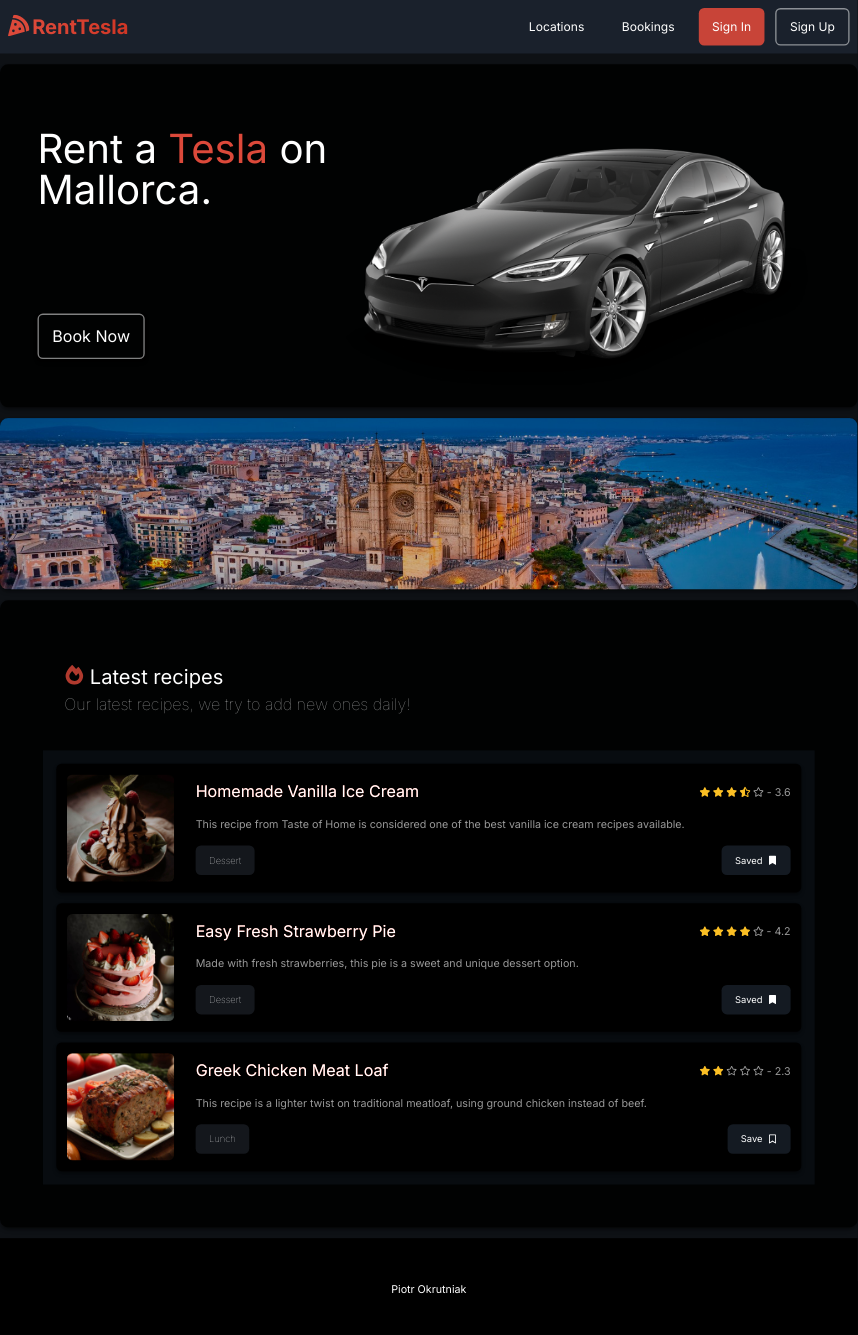
Repository: piotrokrutniak/RentallApp.UI
Page: /
The author's editor kept a copy of each file at every save. The page is drawn from the files as they stood at one save, then again after the next save.
The browser window is 1280 px wide. The pictures show the whole page, at 67% of full size.
The project was rebuilt for these pictures with package versions that can differ from the ones it lists, and the page was loaded fresh each time. The framework's server and built-in components were replaced by stand-ins that run in the browser. Also part of the build but not shown: next.config.js.

Above is the page before, as saved 2023-10-05 21:10:36.

### src/app/layout.tsx
import './globals.css'
import type { Metadata } from 'next'
import { Inter } from 'next/font/google'
import NavBar from './components/navbar/navbar'
import Footbar from './components/footbar/footbar'

const inter = Inter({ subsets: ['latin'] })

export const metadata: Metadata = {
  title: 'Recipefy',
  description: 'Website with the tastiest recipes!',
}

export default function RootLayout({
  children,
}: {
  children: React.ReactNode
}) {
  return (
    <html lang="en">
      <body className={`${inter.className} bg-black`}>
        <div className="bg-slate-600/20 min-h-screen pb-4">
        <NavBar/>
        {children}
        </div>
        <Footbar/>
      </body>
    </html>
  )
}

### src/app/page.tsx
import Image, { StaticImageData } from 'next/image'
import { FaMugHot, FaCookieBite, FaHamburger, FaFireAlt, FaBookmark, FaRegBookmark } from 'react-icons/fa'
import CookingSvg from './components/svgComponents/CookingSvg'
import Rating from './components/generic/rating'
import Button from './components/generic/button'
import tesla from '../../public/media/tesla-mirrored.png'
import lunch from '../../public/media/mallorca-view.jpg'
import dessert from '../../public/media/dessert.jpg'
import strawberryCake from '../../public/media/recipes/strawberryCake.jpg'
import greekMeatLoaf from '../../public/media/recipes/greekMeatLoaf.jpg'
import vanillaIceCream from '../../public/media/recipes/vanillaIceCream.jpg'
import { useState } from 'react'
import { RecipeListing } from './components/generic/recipeListing'
import { Input } from 'postcss'
import SearchBar from './components/generic/searchBar'

export default function Home() {
  return (
    <main className="flex flex-col m-auto gap-4">
      <section id="header-section" className='max-w-7xl bg-black/90 m-auto w-full px-14 py-8 rounded-xl mt-4 shadow-md shadow-black/40'>
        <div className="sm:p-8 pb-14 flex justify-between">

        </div>
        <div className='w-full flex justify-between'>
          <div className="flex flex-col gap-10 justify-between pb-10 text-white">
          <h1 className="text-5xl md:text-6xl"> Rent a <span className="text-vermilion-400">Tesla</span> on Mallorca. </h1>
          <Button className="w-fit py-4 rounded-lg shadow-md shadow-black hover:bg-vermilion-500 bg-transparent capitalize border-white/50 hover:border-vermilion-500 border-2 text-2xl">
            Book Now
          </Button>
          </div>
          <div className="relative w-full h-96 left-0 flex gap-10 pt-3 overflow-x-auto m-auto justify-around select-none pb-10">
              <Image src={tesla} layout="fill" objectFit="contain" alt="Breakfast Photo" className="h-96 group-hover:opacity-50"/>
          </div>
        </div>
      </section>

      <section id="searchbar-section" className='overflow-clip max-w-7xl relative bg-black px-7 h-64 m-auto w-full  p-8 sm:px-16 rounded-xl shadow-md shadow-black/40 flex-col'>
        <Image src={lunch} layout="fill" objectFit="cover" alt="Breakfast Photo" className="w-full opacity-80 group-hover:opacity-50"/>
      </section>

      <section id="top-picks-section" className='max-w-7xl bg-black/90 m-auto w-full sm:p-8 rounded-xl shadow-md shadow-black/40 flex-col'>
        <div className="lg:p-8 pb-14 flex flex-col gap-5">
          <div className="p-8">
            <h1 className="text-3xl text-white flex gap-2 pb-2" > <FaFireAlt className="opacity-80 fill-vermilion-400"/> Latest recipes</h1>
            <p className="text-2xl font-thin text-white/60 flex gap-2" > Our latest recipes, we try to add new ones daily!</p>
          </div>
          <div className="w-full h-fit p-5 bg-slate-800/25 flex flex-col gap-4">
            <RecipeListing title="Homemade Vanilla Ice Cream"
              desc="This recipe from Taste of Home is considered one of the best vanilla ice cream recipes available."
              image={vanillaIceCream}
              rating={3.6}
              saved={true}
              tags={["Dessert"]}/>
            <RecipeListing title="Easy Fresh Strawberry Pie"
              desc="Made with fresh strawberries, this pie is a sweet and unique dessert option."
              image={strawberryCake}
              rating={4.2}
              saved={true}
              tags={["Dessert"]}/>
            <RecipeListing title="Greek Chicken Meat Loaf"
              desc="This recipe is a lighter twist on traditional meatloaf, using ground chicken instead of beef."
              image={greekMeatLoaf}
              rating={2.3}
              saved={false}
              tags={["Lunch"]}/>
          </div>
        </div>
      </section>
    </main>
  )
}

### src/app/globals.css
@tailwind base;
@tailwind components;
@tailwind utilities;

:root {}

@media (prefers-color-scheme: dark) {
  :root {}
}

body {}

### src/app/components/navbar/navbar.tsx
"use client"

import { FaPizzaSlice, FaBars } from "react-icons/fa"
import { BsX } from "react-icons/bs"
import Button from "../generic/button"
import { useState } from "react"
import Link from "next/link"


export default function NavBar(){
    const [showMobile, setShowMobile] = useState(false)

    return(
        <div className="bg-black/80 sticky top-0 z-20 backdrop-blur-xl">
            <div className="w-full flex bg-slate-700/50 ">
                <div className="p-3 m-auto w-full flex max-w-7xl justify-between items-center">
                    <Link href="/">
                    <div className="flex gap-1 h-fit select-none cursor-pointer active:opacity-80 hover:border-b-2 hover:pb-1 active:pb-0
                            border-opacity-0 border-vermilion-400 hover:border-opacity-100 border-b-0 transition-all">
                        <FaPizzaSlice className="h-full w-8 fill-vermilion-400"/>
                        <h1 className="text-3xl font-bold text-transparent bg-clip-text bg-gradient-to-r from-vermilion-400 to-vermilion-500">RentTesla</h1>
                    </div>
                    </Link>
                    <div className="hidden text-lg gap-4 md:flex">
                        <Button className="text-white bg-transparent active:bg-slate-100/5 hover:bg-slate-100/5 shadow-black/40 hover:shadow-md"
                            onClick={undefined}>
                            Locations
                        </Button>
                        <Button className="text-white bg-transparent active:bg-slate-100/5 hover:bg-slate-100/5 shadow-black/40 hover:shadow-md"
                            onClick={undefined}>
                            Bookings
                        </Button>
                        <Button className="text-white bg-vermilion-400 shadow-black/40 hover:shadow-md"
                            onClick={undefined}>
                            Sign In
                        </Button>
                        <Button className="text-white bg-transparent capitalize border-2 border-white/50 hover:border-vermilion-400 hover:text-vermilion-400
                            active:opacity-80 shadow-black/40 hover:shadow-md"
                            onClick={undefined}>
                            Sign Up
                        </Button>
                    </div>
                    <div className="md:hidden">
                        <FaBars className="h-10 w-10 fill-white cursor-pointer hover:fill-vermilion-400 active:opacity-80" onClick={() => setShowMobile(true)}/>
                    </div>
                    <div className={`${showMobile ? "" : "translate-x-full"} absolute w-screen h-screen bg-black left-0 top-0 md:hidden transition-all z-50 ease-in-out`}>
                    <div id="mobile-header" className="flex flex-row-reverse w-full">
                        <BsX className="fill-white w-16 h-16 cursor-pointer hover:fill-vermilion-400" onClick={() => setShowMobile(false)}/>
                    </div>
                    <div id="mobile-body">XDDDDDDDDDDDDDDDDD</div>
                    </div>
                </div>
            </div>
        </div>
    )
}

### src/app/components/footbar/footbar.tsx
export default function Footbar(){
    return(
        <div className="w-full h-20 bg-black mt-16 text-center text-white">
            Piotr Okrutniak
        </div>
    )
}

### src/app/components/generic/button.tsx
import { MouseEventHandler } from "react";

export default function Button({ children, className, onClick, disabled } : { children: React.ReactNode, className: string, onClick: undefined | MouseEventHandler<HTMLButtonElement>, disabled?: boolean }){
    return(
        <button className={`${className} px-5 py-3 rounded-lg bg-blue-500 bg-opacity-90 active:bg-opacity-80 hover:bg-opacity-100 cursor-pointer transition-all flex items-center gap-2 place-items-center`}
            onClick={onClick}
            disabled={disabled}>
            {children}
        </button>
    )
}

### src/app/components/generic/recipeListing.tsx
"use client";
import Image, { StaticImageData } from "next/image"
import Rating from "./rating"
import Button from "./button"
import { FaMugHot, FaCookieBite, FaHamburger, FaFireAlt, FaBookmark, FaRegBookmark } from 'react-icons/fa'
import { useState } from "react"

export function RecipeListing({rating = 0, title, desc, tags, image, saved,}:
    {rating: number | undefined, title: string | undefined, desc: string | undefined, tags: string[], image: StaticImageData | string, saved: boolean }){
      const [isSaved, setSaved] = useState(saved)

      return(
        <div className="w-full p-4 md:h-48 bg-black hover:bg-slate-500/20 rounded-lg shadow-md shadow-black/40 flex flex-col md:flex-row md:justify-between gap-8 items-center text-white group">
          <div className='h-64 w-full md:w-40 md:h-40 shrink-0 rounded-lg overflow-hidden relative cursor-pointer'>
            <Image src={image} layout="fill" objectFit="cover" alt="Breakfast Photo"/>
          </div>
          <div className="h-fit w-full items-center">
            <div className="flex justify-between items-center">
              <h1 className="text-2xl cursor-pointer bg-clip-text hover:text-transparent bg-gradient-to-r from-vermilion-500 to-vermilion-400">{title ?? "Recipe Name"}</h1>
              <Rating rating={rating}/>
            </div>
            <div className="flex justify-between items-center pt-5">
              <p className="text-white/60">{desc ?? "Description"}</p>
            </div>
            <div className="flex justify-between items-center pt-5">
              {tags.map(x => <Button className="bg-slate-500/20 hover:bg-slate-500/40 text-sm font-thin py-1" onClick={undefined}>{x}</Button>)}
              <Button className="bg-slate-700/40 hover:bg-vermilion-500/90 active:opacity-80 text-sm font-normal py-1 transition-all flex items-center gap-2"
                onClick={() => setSaved(x => !x)}>
                {isSaved ? <>Saved <FaBookmark/></> : <>Save <FaRegBookmark/></>}
                </Button>
            </div>
          </div>
        </div>
      )
  }

### src/app/components/generic/rating.tsx
import { FaStar, FaStarHalf, FaStarHalfAlt, FaRegStar} from 'react-icons/fa'
import { IconType } from 'react-icons'

export default function Rating({rating = 0,}: {rating: number | undefined | void}){
    const defaultRating: boolean[] = [false, false, false, false, false]

    const initRating: number = rating

    const ratings: React.JSX.Element[] = []

    for(let i: number = 0; i < 5; i++){
        rating >= 1 ?  ratings.push(<Star filled={true}/>) : ratings.push(rating >= 0.5 ? <HalfStar/> : <Star filled={false}/>)
        rating -= 1;
    }



    return(
        <div className="flex gap-1 items-center shrink-0 text-white/60">
            {ratings} - {initRating}
        </div>
    )
}

function Star({filled = false,}: {filled: boolean}){
    return filled ? <FaStar className="fill-amber-400"/> : <FaRegStar/>
}

function HalfStar(){
    return <FaStarHalfAlt className="fill-amber-400"/>
}

### tailwind.config.js
/** @type {import('tailwindcss').Config} */
module.exports = {
  content: [
    './src/pages/**/*.{js,ts,jsx,tsx,mdx}',
    './src/components/**/*.{js,ts,jsx,tsx,mdx}',
    './src/app/**/*.{js,ts,jsx,tsx,mdx}',
  ],
  theme: {
    extend: {
      backgroundImage: {
        'gradient-radial': 'radial-gradient(var(--tw-gradient-stops))',
        'gradient-conic':
          'conic-gradient(from 180deg at 50% 50%, var(--tw-gradient-stops))',
      },
      height:{
        '112': '28rem',
        '128': '32rem',
      },
      width:{
        '112': '28rem',
        '128': '32rem',
      },
      colors:{
        "emerald":{
          "50": "#b0fde8",
          "100": "#60FBD2",
          "200": "#24F9C1",
          "400": "#06EFB1",
          "500": "#06d6a0",
        },
        "paygray":{
          "50": "#CED9DE",
          "100": "#aabcc5",
          "200": "#7996A4",
          "400": "#638292",
          "500": "#5A7684",
        },
        "vermilion":{
          "50": "#f0afa8",
          "100": "#ea8f85",
          "200": "#E06052",
          "400": "#dc493a",
          "500": "#d03625",
        },

      },
      minWidth:{
        'mobile': '360px',
        '54': '258px',
      },
      screens:{
        'xs': '580px',
        '850': '850px',
      },
    },
  },
  plugins: [],
}

After the next save:
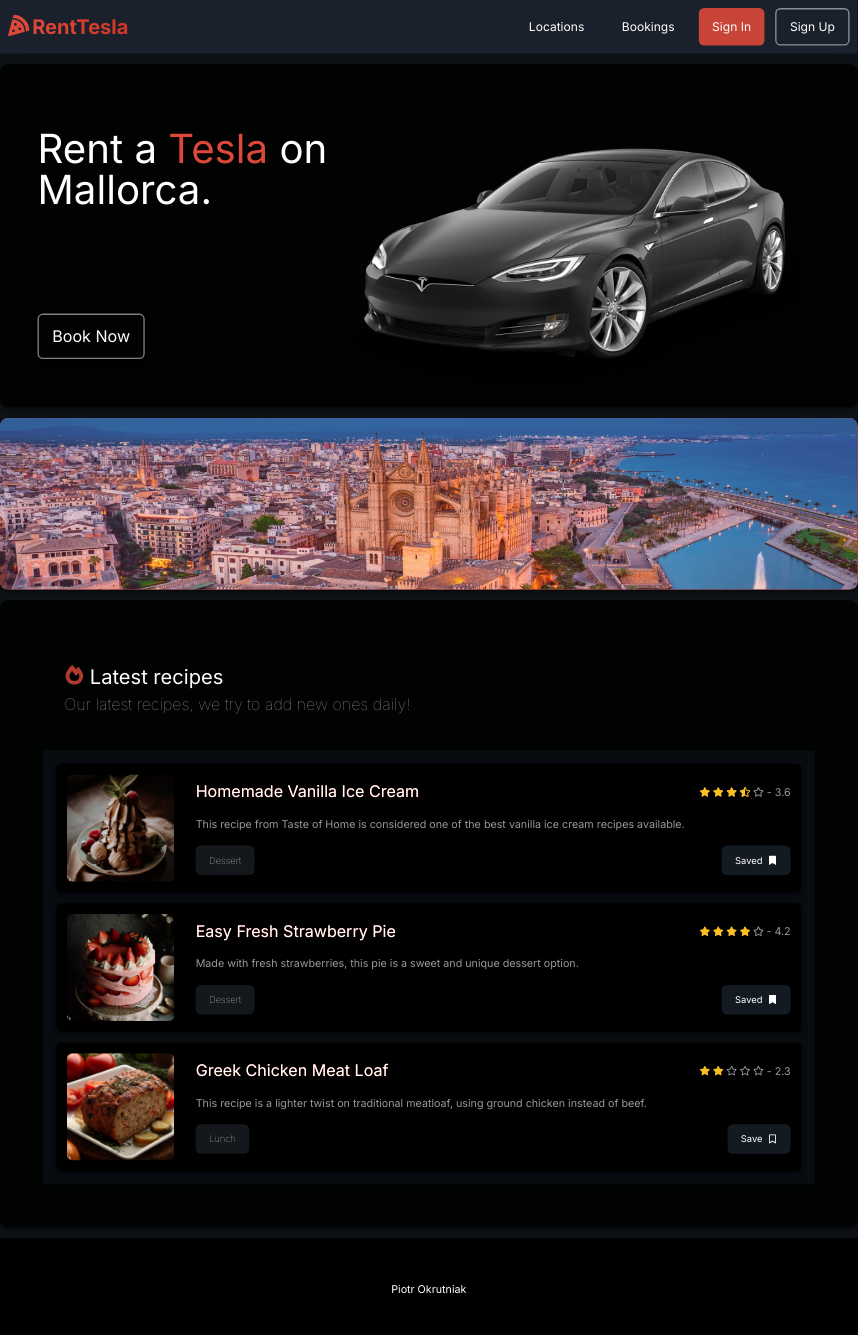
Saved 11 s later.
--- a/src/app/page.tsx
+++ b/src/app/page.tsx
@@ -34,7 +34,7 @@
         </div>
       </section>
 
-      <section id="searchbar-section" className='overflow-clip max-w-7xl relative bg-black px-7 h-64 m-auto w-full  p-8 sm:px-16 rounded-xl shadow-md shadow-black/40 flex-col'>
+      <section id="searchbar-section" className='overflow-clip max-w-7xl relative bg-red-400 px-7 h-64 m-auto w-full  p-8 sm:px-16 rounded-xl shadow-md shadow-black/40 flex-col'>
         <Image src={lunch} layout="fill" objectFit="cover" alt="Breakfast Photo" className="w-full opacity-80 group-hover:opacity-50"/>
       </section>
 
